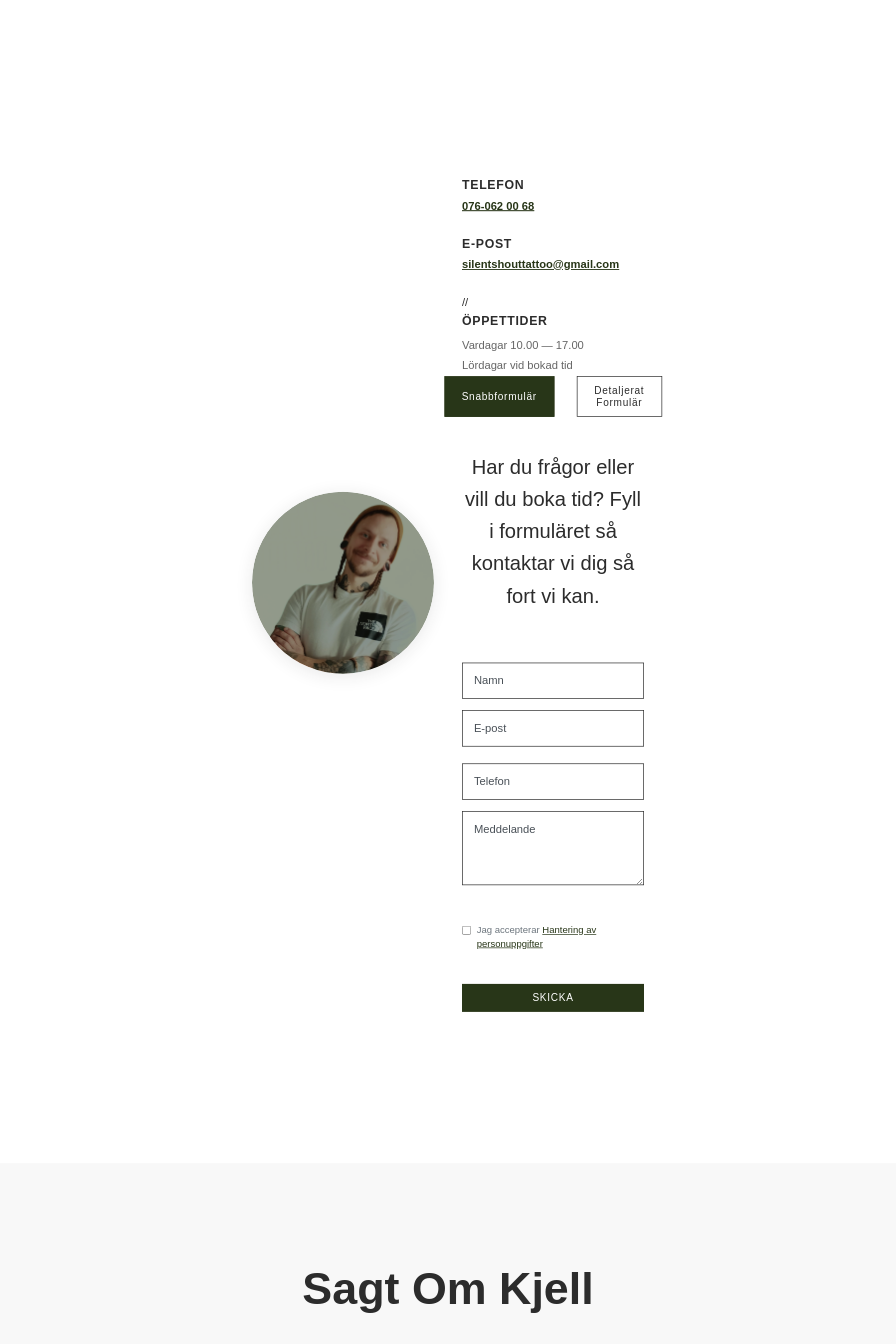
Repository: public-websites/silentshouttattoose
Page: index.html
These files come from the project's save history. The page is drawn as it stood at one moment and after a run of saves; the edit follows.
The browser window is 1280 px wide. The pictures show the part of the page from y = 3832 to 5752 px (the page is 7146 px tall before and 6977 px after), at 70% of full size.

Above is the page before, as saved 2025-08-19 08:26:36.

After the next 3 saves:
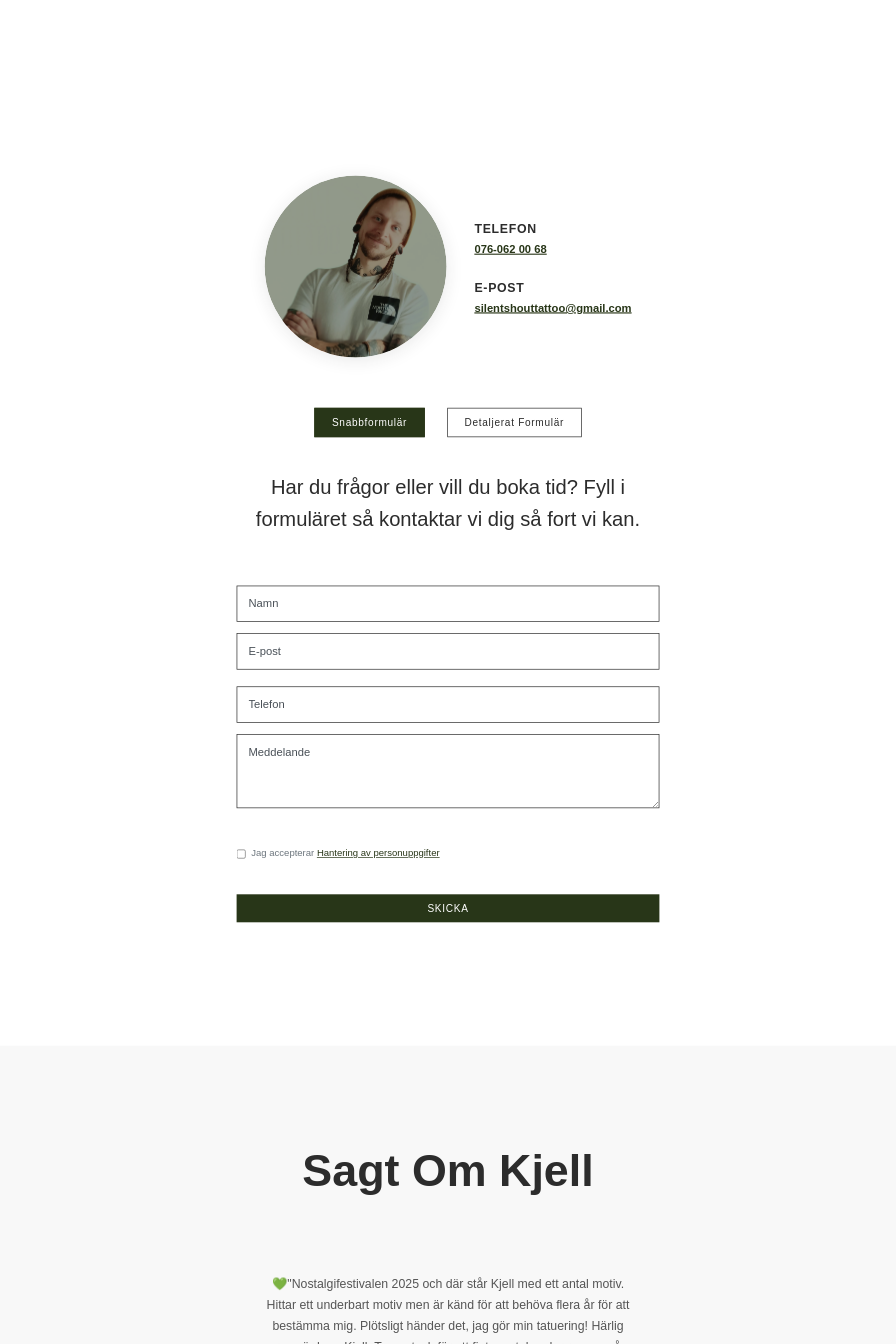
The 3 saves are shown as one change because they came seconds apart.
The last was saved 18 s later.
--- a/index.html
+++ b/index.html
@@ -144,9 +144,9 @@
                             <p><a href="mailto:silentshouttattoo@gmail.com">silentshouttattoo@gmail.com</a></p>
                         </div>
                         <div class="opening-hours">
-                            //<h4>Öppettider</h4>
+                            <!--<h4>Öppettider</h4>
                             <p>Vardagar 10.00 — 17.00</p>
-                            <p>Lördagar vid bokad tid</p><!--
+                            <p>Lördagar vid bokad tid</p>-->
                         </div>
                     </div>
                 </div>
